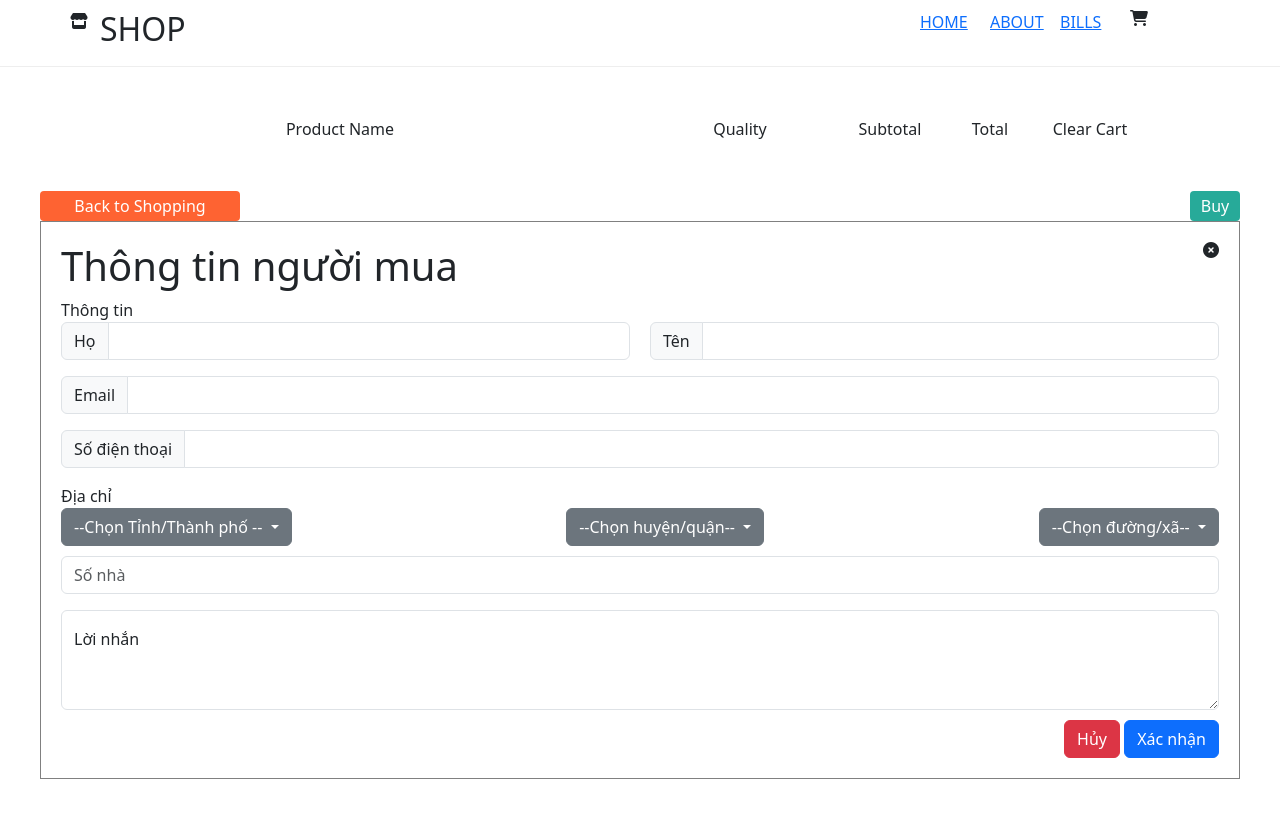
Repository: nguyenhaidang212/danh-sach-ban-hang
Page: index.html
An editor plug-in stored every save of this project. The page is shown before and after the next save, followed by the edit.
The browser window is 1280 px wide. The pictures show the whole page.
Some web libraries are served in a nearby version.

Above is the page before, as saved 2023-02-10 14:58:41.

### index.html
<!DOCTYPE html>
<html lang="en">
  <head>
    <meta charset="UTF-8" />
    <meta http-equiv="X-UA-Compatible" content="IE=edge" />
    <meta name="viewport" content="width=device-width, initial-scale=1.0" />
    <title>Danh sach ban hang</title>
    <link rel="stylesheet" href="style.css" />
    <script
      src="https://kit.fontawesome.com/2568d54abe.js"
      crossorigin="anonymous"
    ></script>
    <link
      href="https://cdn.jsdelivr.net/npm/bootstrap@5.3.0-alpha1/dist/css/bootstrap.min.css"
      rel="stylesheet"
      integrity="sha384-GLhlTQ8iRABdZLl6O3oVMWSktQOp6b7In1Zl3/Jr59b6EGGoI1aFkw7cmDA6j6gD"
      crossorigin="anonymous"
    />
    <script
      src="https://cdn.jsdelivr.net/npm/bootstrap@5.3.0-alpha1/dist/js/bootstrap.bundle.min.js"
      integrity="sha384-w76AqPfDkMBDXo30jS1Sgez6pr3x5MlQ1ZAGC+nuZB+EYdgRZgiwxhTBTkF7CXvN"
      crossorigin="anonymous"
    ></script>
  </head>
  <body>
    <header>
      <div class="header-title">
        <i class="fas fa-store header-icon-title"></i>
        <h2>SHOP</h2>
      </div>
      <div class="header-menu">
        <div class="header-menu-home">
          <a href="">HOME</a>
        </div>
        <div class="header-menu-about">
          <a href="">ABOUT</a>
        </div>
        <div class="header-menu-bill">
          <a href="">BILLS</a>
        </div>
        <i class="fas fa-shopping-cart buy_display"></i>
      </div>
    </header>

    <!-- Trang giao dien -->
    <main class="main_menu" style="display: none">
      <div class="list"></div>
    </main>
    <!-- Trang danh sach -->
    <main class="main_buy">
      <div class="title">
        <span>Product Name</span><span>Quality</span><span>Subtotal</span
        ><span>Total</span><span>Clear Cart</span>
      </div>
      <div class="buy">
        <button id="back">Back to Shopping</button>
        <button id="buy">Buy</button>
      </div>

      <!-- Trang thanh toan -->
      <div class="buy_form">
        <div class="form_title">
          <h1>Thông tin người mua</h1>
          <i class="fa-solid fa-circle-xmark close"></i>
        </div>
        <div class="form_content">
          <div class="form_grid">
            <!-- <div id="name">Họ và tên</div>
            <input type="text" placeholder="Họ" />
            <input type="text" placeholder="Tên" />
            <div id="email">Email</div>
            <input type="text" placeholder="Email" />
            <div id="phone">Số điện thoại</div>
            <input type="text" placeholder="Số điện thoại" />
            <div id="address">Địa chỉ</div> -->
            <div id="name">Thông tin</div>
            <div class="username">
              <div class="input-group mb-3">
                <span class="input-group-text" id="basic-addon1">Họ</span>
                <input
                  type="text"
                  class="form-control"
                  aria-label="Username"
                  aria-describedby="basic-addon1"
                />
              </div>
              <div class="input-group mb-3">
                <span class="input-group-text" id="basic-addon1">Tên</span>
                <input
                  type="text"
                  class="form-control"
                  aria-label="Username"
                  aria-describedby="basic-addon1"
                />
              </div>
            </div>
            <div class="input-group mb-3">
              <span class="input-group-text" id="basic-addon1">Email</span>
              <input
                type="text"
                class="form-control"
                aria-label="Username"
                aria-describedby="basic-addon1"
              />
            </div>
            <div class="input-group mb-3">
              <span class="input-group-text" id="basic-addon1"
                >Số điện thoại</span
              >
              <input
                type="text"
                class="form-control"
                aria-label="Username"
                aria-describedby="basic-addon1"
              />
            </div>
            <div id="address">Địa chỉ</div>
            <div class="address">
              <div class="dropdown">
                <button
                  class="btn btn-secondary dropdown-toggle"
                  type="button"
                  data-bs-toggle="dropdown"
                  aria-expanded="false"
                >
                  --Chọn Tỉnh/Thành phố --
                </button>
                <ul class="dropdown-menu">
                  <li><a class="dropdown-item" href="#">Hà Nội</a></li>
                  <li><a class="dropdown-item" href="#">Hải Phòng</a></li>
                  <li>
                    <a class="dropdown-item" href="#">Bắc Ninh</a>
                  </li>
                </ul>
              </div>
              <div class="dropdown">
                <button
                  class="btn btn-secondary dropdown-toggle"
                  type="button"
                  data-bs-toggle="dropdown"
                  aria-expanded="false"
                >
                  --Chọn huyện/quận--
                </button>
                <ul class="dropdown-menu">
                  <li><a class="dropdown-item" href="#">Action</a></li>
                  <li><a class="dropdown-item" href="#">Another action</a></li>
                  <li>
                    <a class="dropdown-item" href="#">Something else here</a>
                  </li>
                </ul>
              </div>
              <div class="dropdown">
                <button
                  class="btn btn-secondary dropdown-toggle"
                  type="button"
                  data-bs-toggle="dropdown"
                  aria-expanded="false"
                >
                  --Chọn đường/xã--
                </button>
                <ul class="dropdown-menu">
                  <li><a class="dropdown-item" href="#">Action</a></li>
                  <li><a class="dropdown-item" href="#">Another action</a></li>
                  <li>
                    <a class="dropdown-item" href="#">Something else here</a>
                  </li>
                </ul>
              </div>
            </div>
            <div class="input-group mb-3">
              <input
                type="text"
                class="form-control"
                placeholder="Số nhà"
                aria-label="Username"
                aria-describedby="basic-addon1"
              />
            </div>
            <div class="form-floating">
              <textarea
                class="form-control"
                placeholder="Leave a comment here"
                id="floatingTextarea2"
                style="height: 100px"
              ></textarea>
              <label for="floatingTextarea2">Lời nhắn</label>
            </div>
            <div class="confirm">
              <button type="button" class="btn btn-danger">Hủy</button>
              <button type="button" class="btn btn-primary">Xác nhận</button>
            </div>
          </div>
        </div>
      </div>
    </main>
    <script src="main.js"></script>
  </body>
</html>
<!-- <div class="list_buy">
  <div class="buy-name">${e.name}</div>
  <div class="buy-quality">
    <i class="fa-solid fa-minus plus-icon"></i>
    ${e.quality}
    <i class="fa-solid fa-plus minus-icon"></i>
  </div>
  <div class="buy-price">${e.gia}</div>
  <div class="buy-sum">${e.id}</div>
  <div><i class="fa-solid fa-circle-xmark buy-del"></i></div>
</div> -->

### style.css
* {
  padding: 0;
  margin: 0;
  box-sizing: border-box;
}
.form {
  display: inline-grid;
  grid-template-columns: 150px 150px 150px 150px;
  column-gap: 20px;
  row-gap: 20px;
  text-align: center;
  margin-bottom: 20px;
}
header {
  display: flex;
  border-bottom: 1px solid #eee;
  width: 100%;
  padding: 10px 100px 10px;
  justify-content: space-between;
}
.header-title {
  display: flex;
}
h2 {
  font-size: 20px;
}
.header-icon-title {
  position: absolute;
  left: 70px;
  top: 13px;
}
.header-menu {
  display: grid;
  grid-template-columns: 50px 50px 50px 50px;
  column-gap: 20px;
}
a {
  text-decoration: none;
  color: black;
}
main {
  width: 1200px;
  margin: 50px auto;
}
.list {
  display: grid;
  margin: 0 225px;
  grid-template-columns: 180px 180px 180px 180px;
  column-gap: 10px;
  row-gap: 20px;
  text-align: center;
}
.item {
  border: 2px solid #eee;
  position: relative;
}
.item-imgs {
  width: 100%;
  height: 180px;
  display: flex;
  justify-content: center;
  align-items: center;
  margin-bottom: 8px;
  overflow: hidden;
}
.item-img {
  text-align: center;
  width: 100%;
}
.item-title {
  font-size: 20px;
  font-weight: 600;
}
.item-info {
  display: flex;
  justify-content: space-between;
  margin: 5px;
  padding: 0 10px;
  font-size: 12px;
}
.item-icon {
  position: absolute;
  border-radius: 50%;
  width: 30px;
  height: 30px;
  line-height: 30px;
  bottom: 36px;
  right: -4px;
}
.item-add {
  color: #fe6332;
  cursor: pointer;
}
.buy_display {
  cursor: pointer;
}
#back {
  background-color: #fe6332;
  color: white;
  border-radius: 4px;
  width: 200px;
  height: 30px;
  border: none;
  cursor: pointer;
}
#buy {
  background-color: #27aa99;
  color: white;
  border-radius: 4px;
  width: 50px;
  height: 30px;
  border: none;
  cursor: pointer;
}
.title {
  display: grid;
  grid-template-columns: 600px 200px 100px 100px 100px;
  text-align: center;
  margin-bottom: 20px;
}
.list_buy {
  display: flex;
  text-align: center;
  margin-bottom: 12px;
  max-height: 400px;
}
.buy-name {
  width: 600px;
}
.buy-quality {
  width: 200px;
}
.buy-price,
.buy-del,
.buy-sum {
  width: 100px;
}
.buy {
  margin: auto;
  display: flex;
  justify-content: space-between;
  margin-top: 50px;
}
.buy-del {
  color: red;
  cursor: pointer;
}
.plus-icon,
.minus-icon {
  margin: 0 24px;
  cursor: pointer;
  border: 1px solid #eee;
  padding: 4px;
  border-radius: 50%;
}
.plus-icon:hover {
  background-color: #fe6332;
}
.minus-icon:hover {
  background-color: #27aa99;
}
/* Trang thanh toan */
.buy_form {
  border: 1px solid rgba(128, 128, 128, 1);
  margin: 0 auto;
  padding: 20px;
  background-color: white;
}
.form_title {
  display: flex;
  justify-content: space-between;
}
.username {
  display: flex;
  justify-content: space-between;
  column-gap: 20px;
}
.address {
  display: flex;
  justify-content: space-between;
}
.dropdown {
  text-align: center;
  margin-bottom: 10px;
}
.form_title i {
  cursor: pointer;
}
.confirm {
  text-align: right;
  margin-top: 10px;
}

### main.js
const listData = [
  {
    id: 1,
    name: "Quần áo nam",
    so_luong: 100,
    gia: 100,
    src: "https://znews-photo.zadn.vn/w660/Uploaded/ycgmvjvj/2018_03_31/1.jpg",
    quality: 1,
  },
  {
    id: 2,
    name: "Điện thoại",
    so_luong: 200,
    gia: 500,
    src: "https://cdn2.cellphones.com.vn/358x358,webp,q100/media/catalog/product/t/_/t_m_12.png",
    quality: 1,
  },
  {
    id: 3,
    name: "Macbook",
    so_luong: 300,
    gia: 1000,
    src: "https://cdn.tgdd.vn/Products/Images/44/231244/macbook-air-m1-2020-gold-600x600.jpg",
    quality: 1,
  },
  {
    id: 4,
    name: "Máy ảnh",
    so_luong: 400,
    gia: 1200,
    src: "https://www.nguyenkim.com/images/detailed/644/10036326-may-anh-canon-eos-3000d-kit-ef-s-18-55mm-den-1.jpg",
    quality: 1,
  },
  {
    id: 5,
    name: "Đồng hồ",
    so_luong: 500,
    gia: 1400,
    src: "https://cdn1.viettelstore.vn/images/Product/ProductImage/medium/Apple_Watch_SE-Cell-44mm-star1.jpg",
    quality: 1,
  },
  {
    id: 6,
    name: "Giày nam",
    so_luong: 600,
    gia: 1500,
    src: "https://cdn.elly.vn/uploads/2019/08/13121739/giay-nam-cao-cap-da-that-ELLY-EGTM2-5.jpg",
    quality: 1,
  },
  {
    id: 7,
    name: "Tủ lạnh",
    so_luong: 700,
    gia: 1600,
    src: "https://cdn.tgdd.vn/Products/Images/1943/284851/tu-lanh-aqua-inverter-456-lit-aqr-m525xa-fb-600x600.jpg",
    quality: 1,
  },
  {
    id: 8,
    name: "Điều hòa",
    so_luong: 800,
    gia: 1700,
    src: "https://hangdienmaygiare.com/images/products/2020/02/22/large/dieu-hoa-1-chieu-panasonic-n9wkh-8m_1582358300.jpg",
    quality: 1,
  },
  {
    id: 9,
    name: "Máy giặt",
    so_luong: 1000,
    gia: 2000,
    src: "https://hangdienmaygiare.com/images/products/2019/09/03/large/may-giat-electrolux-ewf1042bdwa-10-kg-inverter.jpg",
    quality: 1,
  },
  {
    id: 10,
    name: "Váy đầm nữ",
    so_luong: 2000,
    gia: 300,
    src: "https://luzy.vn/wp-content/uploads/2020/05/LZD10951-18.jpg",
    quality: 1,
  },
  {
    id: 11,
    name: "Mắt kính",
    so_luong: 2100,
    gia: 400,
    src: "https://vn-test-11.slatic.net/p/5e0af4609b84659f759982ac0146f184.jpg_800x800q100.jpg_600x600Q100.jpg",
    quality: 1,
  },
  {
    id: 12,
    name: "Thắt lưng da",
    so_luong: 200,
    gia: 200,
    src: "https://hoianleather.com/wp-content/uploads/2021/04/That-lung-da-bo-that-danh-cho-nam-2.jpg",
    quality: 1,
  },
];
const keyLocalStorageListSP = "DANHSACHSP";
const keyLocalStorageItemCart = "DANHSACHITEMCART";
const listItem = document.querySelector(".list");
const $ = document.body;

localStorage.setItem(keyLocalStorageListSP, JSON.stringify(listData));
const item = JSON.parse(localStorage.getItem(keyLocalStorageListSP));
item.forEach((value) => {
  const template = `<div class="item">
  <div class="item-imgs">
    <img src="${value.src}" alt="" class="item-img"/>
  </div>
  <div class="item-icon"><i class="fa-solid fa-cart-plus item-add"></i></div>
  <div class="item-title">${value.name}</div>
  <div class="item-info">
    <div class="item-price">Giá: ${value.gia}</div>
    <div class="item-quality">Số lượng: ${value.so_luong}</div>
  </div>
</div>`;
  listItem.insertAdjacentHTML("beforeend", template);
});
const itemAdd = document.querySelectorAll(".item-add");
const arrayItemAdd = [];
const mainMenu = document.querySelector(".main_menu");
const mainBuy = document.querySelector(".main_buy");
const buyDiplay = document.querySelector(".buy");
const delItem = document.querySelector(".buy-del");
$.addEventListener("click", (e) => {
  //-----Chuyen trang-----
  if (e.target.matches(".buy_display")) {
    const listItem = JSON.parse(localStorage.getItem(keyLocalStorageItemCart));
    mainMenu.style.display = "none";
    mainBuy.style.display = "block";
    displayItem(listItem);
  }
  if (e.target.matches("#back")) {
    mainMenu.style.display = "block";
    mainBuy.style.display = "none";
    const back = document.querySelector("#back");
    document.querySelectorAll(".list_buy").forEach((e) => {
      e.remove();
    });
  }
  if (e.target.matches("#buy")) {
    $.style.backgroundColor = "rgba(128, 128, 128, 1)";
    mainBuy.style.display = "none";
  }
  //-----Add Item-----
  if (e.target.matches(".item-add")) {
    addItem(e.target);
  }
  //-----Del Item-----
  if (e.target.matches(".buy-del")) {
    const itemDelName =
      e.target.parentNode.previousElementSibling.previousElementSibling
        .previousElementSibling.previousElementSibling;
    delItemBuy(itemDelName);
  }
  //-----Increase/Decrease Item----
  if (e.target.matches(".plus-icon")) {
    const listItem = JSON.parse(localStorage.getItem(keyLocalStorageItemCart));
    listItem.forEach((value) => {
      if (
        value.name == e.target.parentNode.previousElementSibling.textContent
      ) {
        value.soluong++;
      }
    });
    localStorage.setItem(keyLocalStorageItemCart, JSON.stringify(listItem));
    console.log(listItem);
    const listBuy = document.querySelectorAll(".list_buy");
    listBuy.forEach((e) => {
      e.remove();
    });
    displayItem(listItem);
  }
  if (e.target.matches(".minus-icon")) {
    const listItem = JSON.parse(localStorage.getItem(keyLocalStorageItemCart));
    listItem.forEach((value, i) => {
      if (
        value.name == e.target.parentNode.previousElementSibling.textContent
      ) {
        value.soluong--;
        if (value.soluong == 0) {
          listItem.splice(i, 1);
        }
      }
    });
    console.log(listItem);
    localStorage.setItem(keyLocalStorageItemCart, JSON.stringify(listItem));
    const listBuy = document.querySelectorAll(".list_buy");
    listBuy.forEach((e) => {
      e.remove();
    });
    displayItem(listItem);
  }
});

// // -----Them san pham-----
function addItem(value) {
  item.forEach((e) => {
    if (e.name == value.parentNode.nextElementSibling.textContent) {
      const object = {
        id: e.id,
        soluong: e.quality,
        name: e.name,
        price: e.gia,
      };
      arrayItemAdd.forEach((e, i) => {
        if (object.id == e.id) {
          object.soluong = e.soluong + 1;
          arrayItemAdd.splice(i, 1);
        }
      });
      arrayItemAdd.push(object);
    }
  });
  localStorage.setItem(keyLocalStorageItemCart, JSON.stringify(arrayItemAdd));
}

// //-----Hien thi san pham da mua-----
function displayItem(arr) {
  arr.forEach((e) => {
    item.forEach((value) => {
      if (value.id == e.id) {
        const price = Number(e.price) * Number(e.soluong);
        buyDiplay.insertAdjacentHTML(
          "beforebegin",
          `<div class="list_buy">
        <div class="buy-name">${value.name}</div>
        <div class="buy-quality">
        <i class="fa-solid fa-minus minus-icon"></i>
        ${e.soluong}
        <i class="fa-solid fa-plus plus-icon"></i>
        </div>
        <div class="buy-price">${value.gia}</div>
        <div class="buy-sum">${price}</div>
        <div><i class="fa-solid fa-circle-xmark buy-del"></i></div>
      </div>`
        );
      }
    });
  });
}

// //-----Xoa san pham-----
function delItemBuy(name) {
  name.parentNode.remove();
  arrayItemAdd.forEach((e, i) => {
    if (e.name == name.textContent) {
      arrayItemAdd.splice(i, 1);
    }
  });
  localStorage.setItem(keyLocalStorageItemCart, JSON.stringify(arrayItemAdd));
}
// localStorage.clear();

After the next save:
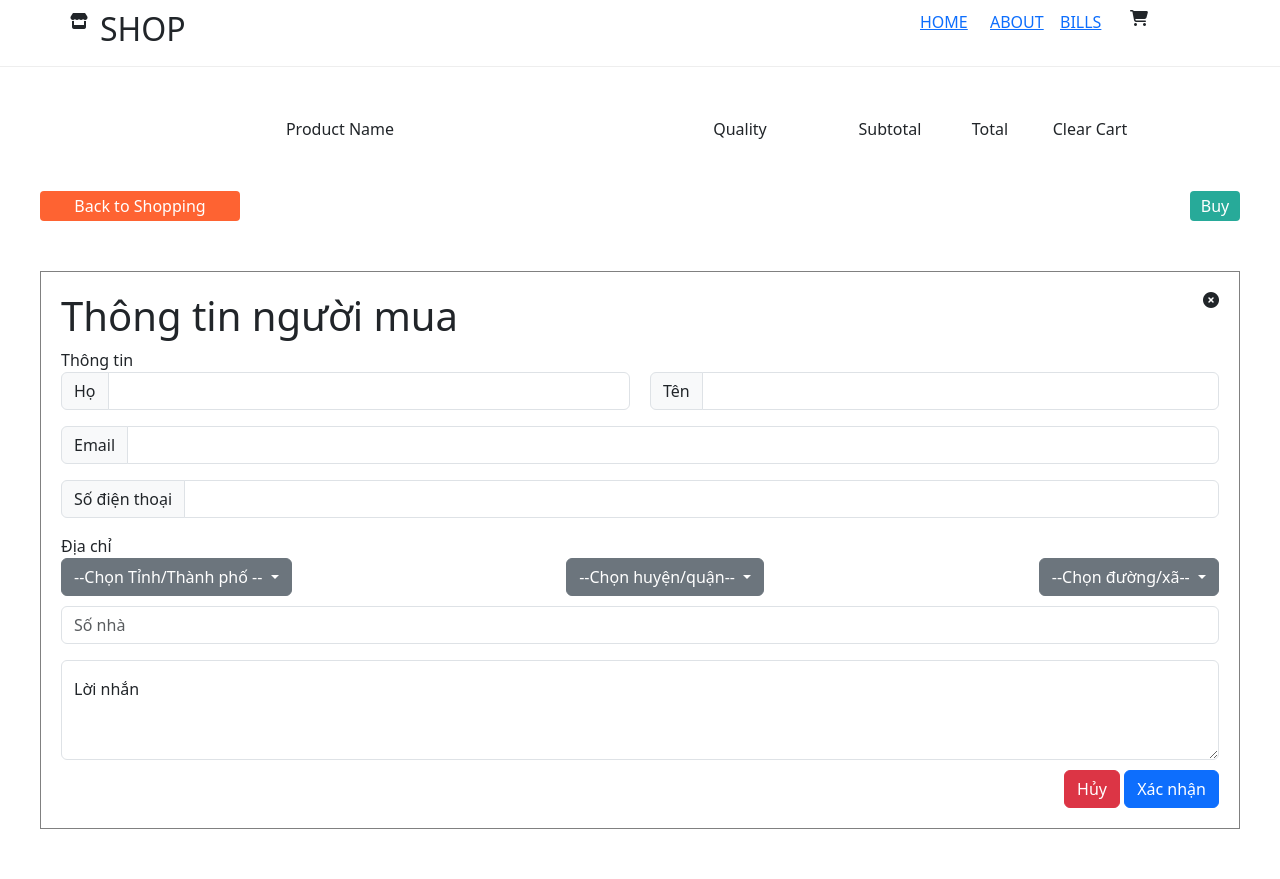
Saved 37 s later.
--- a/index.html
+++ b/index.html
@@ -56,7 +56,8 @@
         <button id="back">Back to Shopping</button>
         <button id="buy">Buy</button>
       </div>
-
+    </main>
+    <main>
       <!-- Trang thanh toan -->
       <div class="buy_form">
         <div class="form_title">
@@ -66,13 +67,13 @@
         <div class="form_content">
           <div class="form_grid">
             <!-- <div id="name">Họ và tên</div>
-            <input type="text" placeholder="Họ" />
-            <input type="text" placeholder="Tên" />
-            <div id="email">Email</div>
-            <input type="text" placeholder="Email" />
-            <div id="phone">Số điện thoại</div>
-            <input type="text" placeholder="Số điện thoại" />
-            <div id="address">Địa chỉ</div> -->
+                  <input type="text" placeholder="Họ" />
+                  <input type="text" placeholder="Tên" />
+                  <div id="email">Email</div>
+                  <input type="text" placeholder="Email" />
+                  <div id="phone">Số điện thoại</div>
+                  <input type="text" placeholder="Số điện thoại" />
+                  <div id="address">Địa chỉ</div> -->
             <div id="name">Thông tin</div>
             <div class="username">
               <div class="input-group mb-3">
